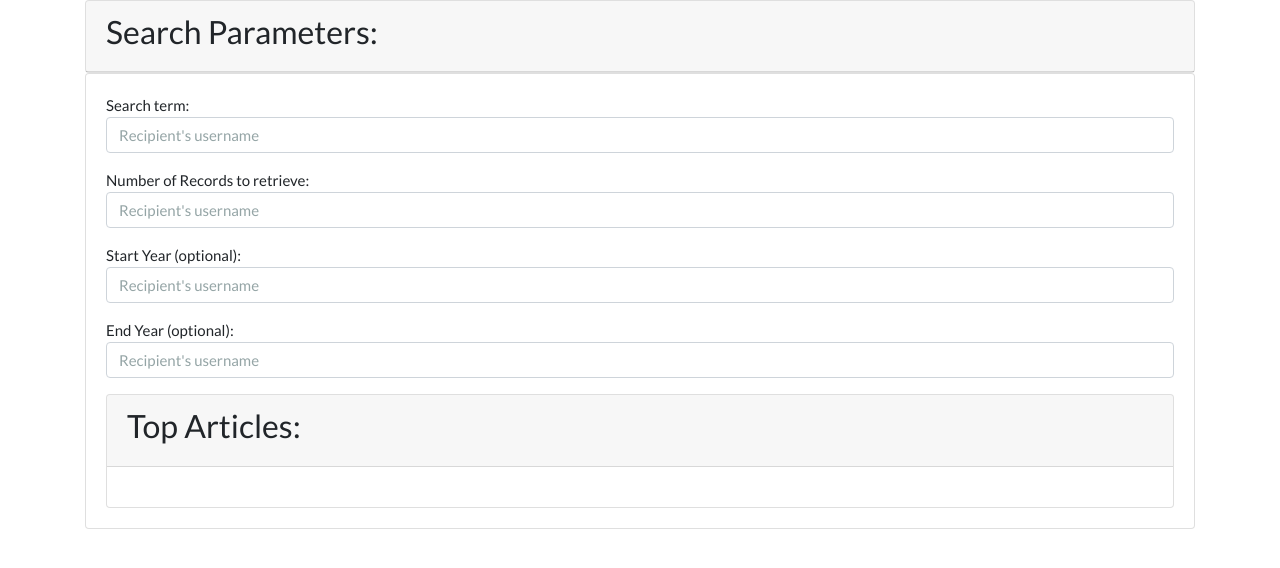
Repository: broganneagle/NYTSearch
Page: index.html
The author's editor kept a copy of each file at every save. The page is drawn from the files as they stood at one save, then again after the next save.
The browser window is 1280 px wide. The pictures show the whole page.
Some web libraries are served in a nearby version.

Above is the page before, as saved 2020-06-26 13:52:51.

After the next save:
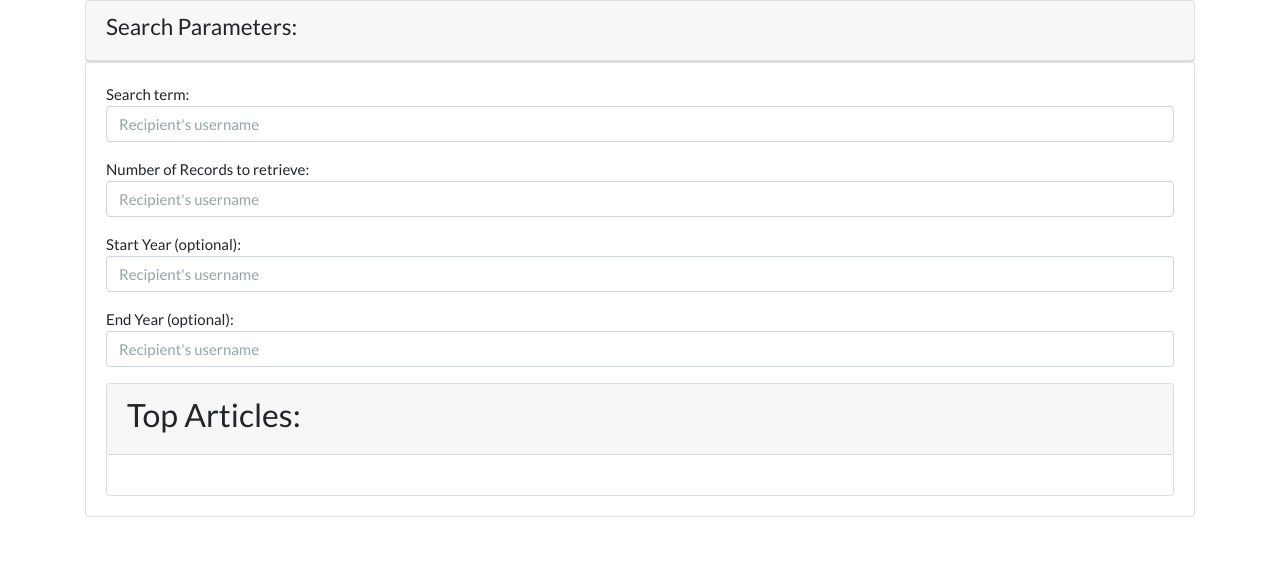
Saved 43 s later.
--- a/index.html
+++ b/index.html
@@ -14,9 +14,9 @@
     <div class=container>
         <div class="card">
             <div class="card-header">
-              <h3>Search Parameters:</h3>
+                <h4>Search Parameters:</h4>
             </div>
-          </div>
+        </div>
         <div class="card">
             <div class="card-body">
                 Search term:
@@ -25,32 +25,32 @@
                         aria-label="Recipient's username" aria-describedby="button-addon2">
                 </div>
 
-                    Number of Records to retrieve:
-                    <div class="input-group mb-3">
+                Number of Records to retrieve:
+                <div class="input-group mb-3">
 
-                        <input type="text" class="form-control" placeholder="Recipient's username"
-                            aria-label="Recipient's username" aria-describedby="button-addon2">
+                    <input type="text" class="form-control" placeholder="Recipient's username"
+                        aria-label="Recipient's username" aria-describedby="button-addon2">
+                </div>
+
+                Start Year (optional):
+                <div class="input-group mb-3">
+                    <input type="text" class="form-control" placeholder="Recipient's username"
+                        aria-label="Recipient's username" aria-describedby="button-addon2">
+                </div>
+
+                End Year (optional):
+                <div class="input-group mb-3">
+                    <input type="text" class="form-control" placeholder="Recipient's username"
+                        aria-label="Recipient's username" aria-describedby="button-addon2">
+                </div>
+                <div class="card">
+                    <div class="card-header">
+                        <h3>Top Articles:</h3>
                     </div>
-
-                    Start Year (optional):
-                    <div class="input-group mb-3">
-                        <input type="text" class="form-control" placeholder="Recipient's username"
-                            aria-label="Recipient's username" aria-describedby="button-addon2">
+                    <div class="card-body">
                     </div>
-
-                    End Year (optional):
-                    <div class="input-group mb-3">
-                        <input type="text" class="form-control" placeholder="Recipient's username"
-                            aria-label="Recipient's username" aria-describedby="button-addon2">
-                    </div>
-                    <div class="card">
-                        <div class="card-header">
-                          <h3>Top Articles:</h3>
-                        </div>
-                        <div class="card-body">
-                        </div>
-                      </div>
                 </div>
+            </div>
 
 </body>
 
